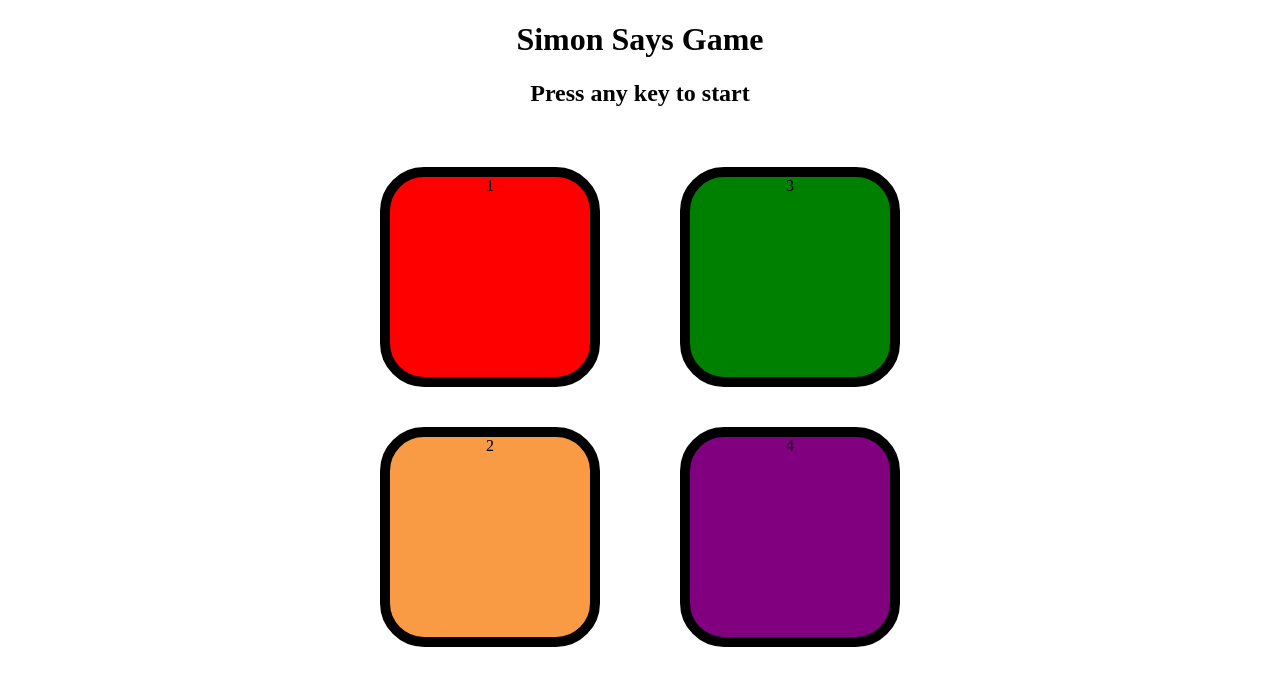
Repository: Manish-tomar-aligarh/Simon-Says-Game
Page: index.html
The author's editor kept a copy of each file at every save. The page is drawn from the files as they stood at one save, then again after a run of saves.
The browser window is 1280 px wide. The pictures show the whole page.

Above is the page before, as saved 2025-05-25 11:33:38.

### index.html
<!DOCTYPE html>
<html lang="en">
<head>
    <meta charset="UTF-8">
    <meta name="viewport" content="width=device-width, initial-scale=1.0">
    <title>Simon Says Game</title>
    <link rel="stylesheet" href="style.css">
</head>
<body>
    <h1>Simon Says Game</h1>
    <h2>Press any key to start</h2>

    <div class="box-container">

        <div class="line-one">
            <div class="btn red">1</div>
        <div class="btn yellow">2</div>

        </div>
        <div class="line-two">
            <div class="btn green">3</div>
        <div class="btn purple">4</div>

        </div>


    </div>

    <script src="app.js"></script>

</body>
</html>

### style.css
body{
    text-align: center;
}

.btn{
    height:200px;
    width:200px;
    border-radius: 20%;
    border : 10px solid black;
    margin:2.5rem;
}

.box-container{
    display:flex;
    justify-content: center;

}
.yellow{
    background-color: #f99b45;
}
.red{
    background-color: red;
}
.green{
    background-color: green;
}
.purple{
    background-color: purple;
}

Loaded but not shown: app.js (no copy from this time; the picture is the same without it)

After the next 2 saves:
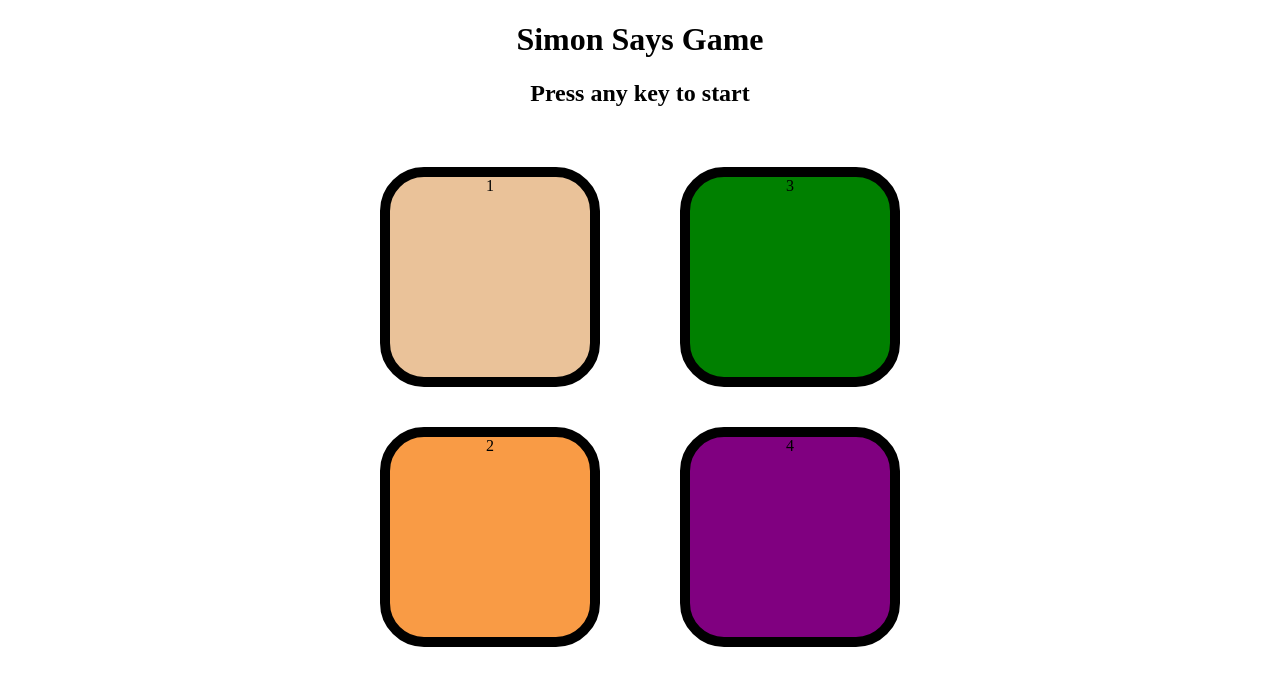
The 2 saves are shown as one change because they came seconds apart.
The last was saved 15 s later.
--- a/style.css
+++ b/style.css
@@ -19,7 +19,7 @@ body{
     background-color: #f99b45;
 }
 .red{
-    background-color: red;
+    background-color: #d959;
 }
 .green{
     background-color: green;
